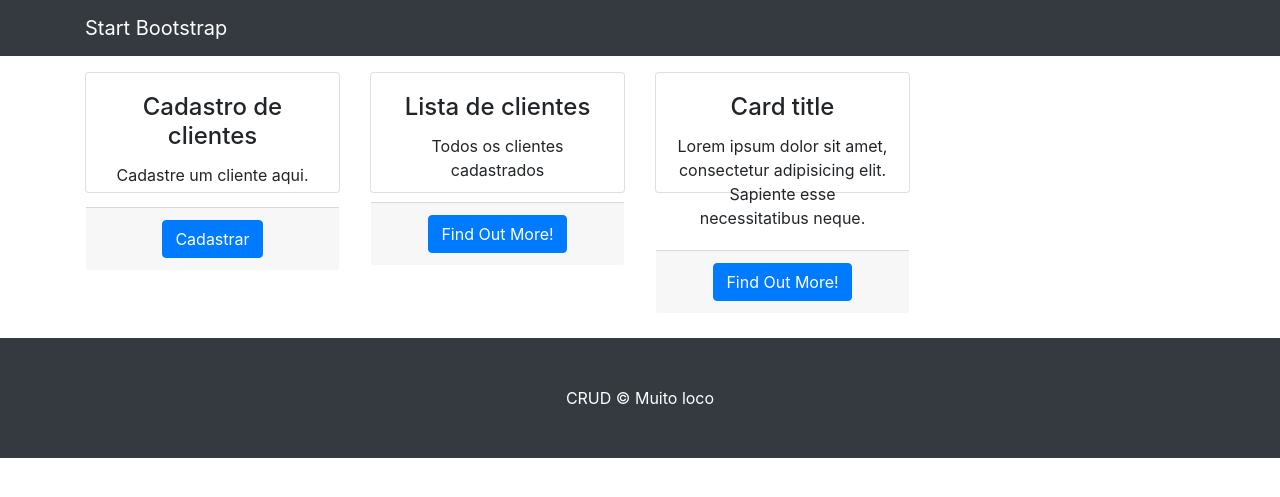
Repository: LucasMontalvao/PHPDACS2020
Page: projeto/site/index.html
The author's editor kept a record of every edit. The page is drawn from the files as they stood at one moment, then again after the next edit.
The browser window is 1280 px wide. The pictures show the whole page.

Above is the page before.

After the next edit:
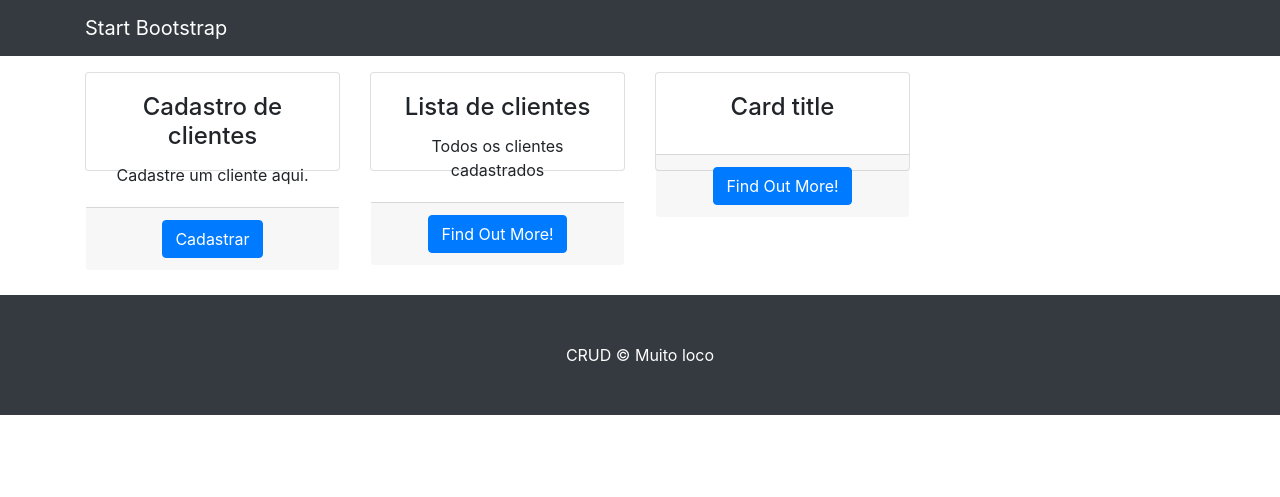
The edit:
--- a/projeto/site/index.html
+++ b/projeto/site/index.html
@@ -85,7 +85,7 @@
           <!--<img class="card-img-top" src="http://placehold.it/500x325" alt="">-->
           <div class="card-body">
             <h4 class="card-title">Card title</h4>
-            <p class="card-text">Lorem ipsum dolor sit amet, consectetur adipisicing elit. Sapiente esse necessitatibus neque.</p>
+            <p class="card-text"></p>
           </div>
           <div class="card-footer">
             <a href="#" class="btn btn-primary">Find Out More!</a>
